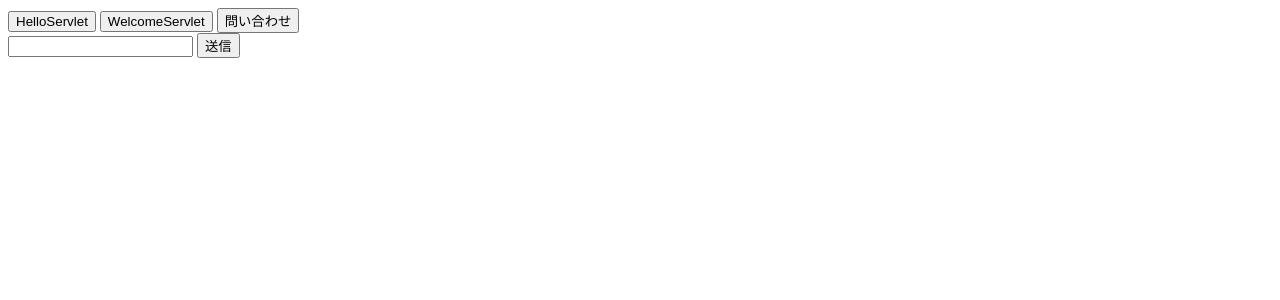
Repository: take00/test01
Page: http://localhost/HelloServlet/
An editor plug-in stored every save of this project. The page is shown before and after the next save, followed by the edit.
The browser window is 1280 px wide. The pictures show the whole page.
The page is served by Tomcat 9. Other server files are loaded and not shown.

Above is the page before, as saved 2019-01-07 12:20:58.

### HelloServlet/WebContent/index.jsp
<%@ page language="java" contentType="text/html; charset=UTF-8"
    pageEncoding="UTF-8"%>
<!DOCTYPE html>
<html>
<head>
<meta charset="UTF-8">
<title>HelloServlet</title>
</head>
<body>
<input type="button" value="HelloServlet" onClick="location.href='HelloServlet'">
<input type="button" value="WelcomeServlet" onClick="location.href='welcome.jsp'">
<input type="button" value="問い合わせ" onClick="location.href='inquiry.jsp'">

<form method="get" action="TestServlet">
<input type="text" name="username">

<input type="submit" value="送信">
</form>
</body>
</html>

After the next save:
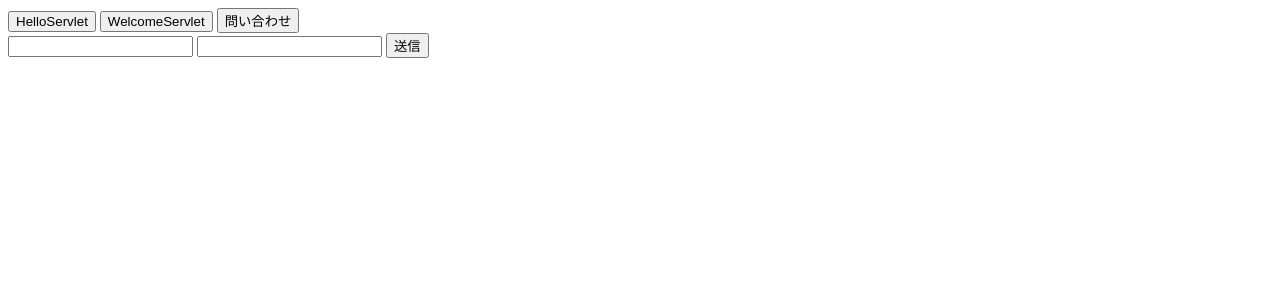
Saved 24 s later.
--- a/HelloServlet/WebContent/index.jsp
+++ b/HelloServlet/WebContent/index.jsp
@@ -13,7 +13,7 @@
 
 <form method="get" action="TestServlet">
 <input type="text" name="username">
-
+<input type="password" name="password">
 <input type="submit" value="送信">
 </form>
 </body>
